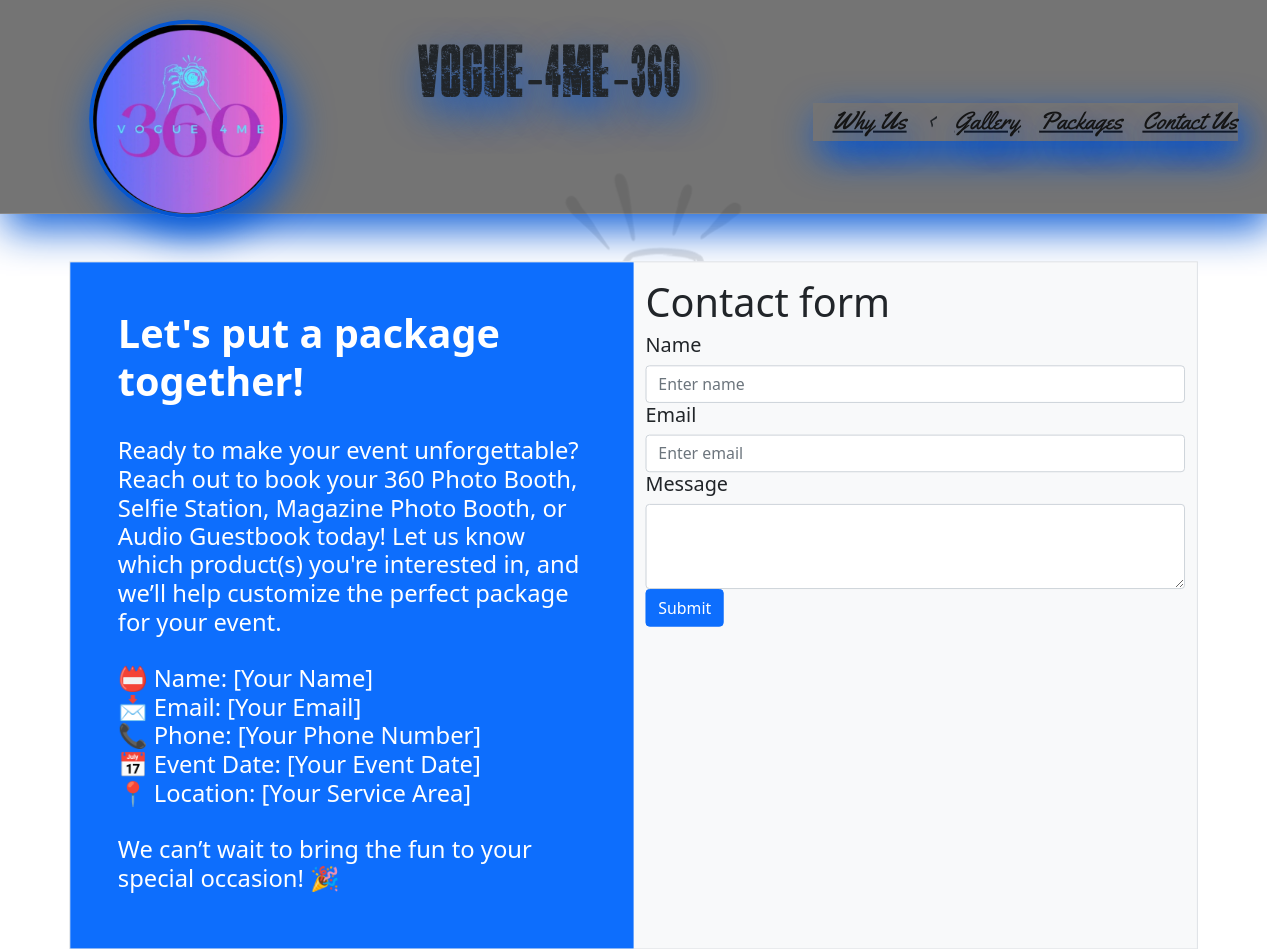
Repository: ErvinClay13/Vogue360-website
Page: contactUs.html
An editor plug-in stored every save of this project. The page is shown before and after a run of saves, followed by the edit.
The browser window is 1280 px wide. The pictures show the whole page, at 99% of full size.
Backgrounds fixed to the window are drawn as part of the page.

Above is the page before, as saved 2025-03-06 04:07:36.
Console error: ReferenceError: emailjs is not defined

### contactUs.html
<!DOCTYPE html>
<html lang="en">
  <head>
    <meta charset="UTF-8" />
    <meta name="viewport" content="width=device-width, initial-scale=1.0" />
    <link
      rel="icon"
      type="image.png"
      sizes="32x32"
      href="images/VogueLogo.png"
    />
    <link rel="stylesheet" href="myStyle/style.css" />
    <link rel="stylesheet" href="why-us.html" />
    <link rel="stylesheet" href="gallery.html" />
    <link rel="stylesheet" href="packages.html" />
    <link rel="stylesheet" href="home.html" />
    <link
      href="https://cdn.jsdelivr.net/npm/bootstrap@5.0.2/dist/css/bootstrap.min.css"
      rel="stylesheet"
      integrity="sha384-EVSTQN3/azprG1Anm3QDgpJLIm9Nao0Yz1ztcQTwFspd3yD65VohhpuuCOmLASjC"
      crossorigin="anonymous"
    />
    <title>Contact Us</title>

    <script src="script.js"></script>

    <style>
      /* Hamburger Menu Styles */
      .menu-toggle {
        display: none;
        flex-direction: column;
        cursor: pointer;
        position: absolute;
        top: 20px;
        right: 20px;
        z-index: 1000;
      }

      .menu-toggle div {
        width: 30px;
        height: 4px;
        background-color: white;
        margin: 5px;
        transition: 0.3s;
      }

      .link-pages {
        display: flex;
        gap: 20px;
      }

      #headerText {
        font-size: 5vw;
        text-align: center;
        margin-top: 20px;
      }

      #myLogo {
        height: 200px;
        width: 200px;
        transition: all 0.3s ease;
      }

      @media screen and (max-width: 768px) {
        .menu-toggle {
          display: flex;
        }

        .link-pages {
          display: none;
          flex-direction: column;
          position: absolute;
          top: 60px;
          right: 0;
          background-color: rgba(56, 56, 56, 0.9);
          width: 100%;
          text-align: center;
          padding: 20px 0;
        }

        .link-pages.active {
          display: flex;
        }

        #myLogo {
          height: 80px;
          width: 80px;
          display: block;
          margin: 0 auto;
        }

        #headerText {
          font-size: 20vw;
          text-align: center;
          margin-top: 10px;
        }

        .headService h1 {
          font-size: 5vw;
        }

        header {
          display: flex;
          flex-direction: column;
          align-items: center;
        }

        .vidBox {
          display: flex;
          flex-wrap: wrap;
          justify-content: center;
        }

        .vidBox video {
          width: 100%;
          max-width: 1000px;
          height: 500px;
          transition: height 0.3s ease;
        }

        .blueLight {
          display: none;
        }

        .socialMediaBox {
          display: flex;
          flex-direction: column;
        }
      }
    </style>

    <script
      type="text/javascript"
      src="https://cdn.jsdelivr.net/npm/@emailjs/browser@4/dist/email.min.js"
    ></script>
    <script type="text/javascript">
      (function () {
        emailjs.init({
          publicKey: "pxI3h7P6SQYHLwxAj",
        });
      })();
      function toggleMenu() {
        document.getElementById("link_pages").classList.toggle("active");
      }
    </script>
  </head>
  <body>
    <div class="wrapper">
      <!-- <header>
            <a href="home.html"></a><img  src="images/newLogo.png" id="myLogo" alt="">
            <h1 id="headerText">VOGUE-4ME-360</h1>
            <div class="link-pages" id="link_pages">
                <h3><a href="home.html" id="myLink">Home</a></h3>
                <h3><a href="packages.html" id="myLink">Packages</a></h3>
                <h3><a href="why-us.html" id="myLink">Why Us</a></h3>
                <h3><a href="packages.html" id="myLink">Packages</a></h3>

            </div>
        </header> -->

      <header>
        <img src="images/newLogo.png" id="myLogo" alt="Vogue4Me360 Logo" />
        <h1 id="headerText">VOGUE-4ME-360</h1>

        <div class="menu-toggle" onclick="toggleMenu()">
          <div></div>
          <div></div>
          <div></div>
        </div>

        <nav class="link-pages" id="link_pages">
          <h3></h3><a href="why-us.html">Why Us</a><
          <a href="gallery.html">Gallery</a>
          <a href="packages.html">Packages</a>
          <a href="contactUs.html">Contact Us</a>
        </nav>
      </header>
    </div>

    <div class="container border mt-5 bg-light">
      <div class="row">
        <div class="col-md-6 p-5 bg-primary text-white">
          <h1><strong>Let's put a package together!</strong></h1>
          <br />
          <h4>
            Ready to make your event unforgettable? Reach out to book your 360
            Photo Booth, Selfie Station, Magazine Photo Booth, or Audio
            Guestbook today! Let us know which product(s) you're interested in,
            and we’ll help customize the perfect package for your event. <br />
            <br />

            📛 Name: [Your Name] <br />
            📩 Email: [Your Email] <br />
            📞 Phone: [Your Phone Number] <br />
            📅 Event Date: [Your Event Date] <br />
            📍 Location: [Your Service Area] <br />
            <br />

            We can’t wait to bring the fun to your special occasion! 🎉
          </h4>
        </div>
        <div class="col-md-6 border-left py-3">
          <h1>Contact form</h1>
          <div class="form-group">
            <h5 for="name">Name</h5>
            <input
              type="text"
              class="form-control"
              id="name"
              placeholder="Enter name"
            />
          </div>
          <div class="form-group">
            <h5 for="email">Email</h5>
            <input
              type="email"
              class="form-control"
              id="email"
              placeholder="Enter email"
            />
          </div>
          <div class="form-group">
            <h5 for="message">Message</h5>
            <textarea class="form-control" id="message" rows="3"></textarea>
          </div>
          <button class="btn btn-primary" onclick="sendMail()">Submit</button>
        </div>
      </div>
    </div>
  </body>
</html>

### myStyle/style.css
@import url('https://fonts.googleapis.com/css2?family=Yellowtail&display=swap');

@font-face {
    font-family: myFont;
   src: url(School.otf);
}

@font-face {
    font-family: myFont2;
   src: url(TripleRainbow.otf);
}

@font-face {
    font-family: myFont3;
   src: url(NewFont.ttf);
}

*{
    padding: 0;
    margin: 0;
    box-sizing: border-box;
}

body {
    background-color: rgba(187, 187, 187, 0.674);
    background-image: url(backgroundLogo.png);
    background-repeat: no-repeat;
    background-position: center;
    background-attachment: fixed;
}

#myLogo {
    height: 200px;
    width: 200px;
    margin-top: 20px;
    margin-left: 40px;
    border: solid 4px #0055d4f5;;
    border-radius: 150px;
    box-shadow: 5px 15px 40px #0055d4f5;



}

header {
    display: flex;
    justify-content: space-between;
    padding-right: 30px;
    padding-left: 50px;
    background-color: rgba(56, 56, 56, 0.698);
    height: 30vh;
    box-shadow: 5px 15px 40px #0055d4f5;
}

a {
    text-decoration: underline;
    color: #151515;
}

a:link {
    color: #151515;
}

a:hover {
    color: #01398cf5;
    text-decoration: underline;
}

.link-pages {
    align-self: center;
    margin-top: 30px;
    font-size: 25px;
    font-family: "Yellowtail", cursive;
    display: flex;
    gap: 20px;
    box-shadow: 5px 15px 40px #0055d4f5;
    text-shadow: 5px 15px 30px #0055d4f5;
}



#myLink {
    color: black;
    font-weight: bold;
    text-shadow: 5px 15px 20px #0055d4;
    cursor: url("cursorLogo.png"), auto;
}
#myLink:hover{
    color: #01398cf5;
}





#servImg {
    height: 250px;
    width: 250px;
    border-radius: 20px;
}

#packImg {
    height: 250px;
    width: 250px;
    border-radius: 20px;
}




#headerText {
    align-content: center;
    margin-top: 70px;
    font-size: 150px;
    font-family: myFont3;
    height: 120px;
    border-radius: 80px;
    text-shadow: 5px 15px 40px #0055d4f5;
    font-weight: 100;

}



.galleryContainer {
    margin-top: 60PX;
    display: flex;
    flex-direction: column;
    align-items: center;
    justify-content: space-between;

}



.galleryBoxes {
    justify-content: center;
    margin-top: 30px;
    display: flex;
    flex-wrap: wrap;
    width: 1000px;
    justify-content: space-between;
    row-gap: 25px;
    box-shadow: 5px 15px 40px #0055d4f5;
}

.boxes:hover {
    transform: scale(1.2);
    box-shadow: 5px 15px 40px #8600d4f5;
}

.homeVidContainer {
    margin-top: 30px;
    display: flex;
    flex-direction: column;
    align-items: center;
    margin-bottom: 200px
}

.vidBox {
    display: flex;
    align-items: center;
    gap: 15px;
    box-shadow: 5px 15px 40px #0055d4f5;
}

.packageTitle {
    display: flex;
    margin-top: 50px;
    flex-direction: column;
    align-items: center;
    font-size: 40px;
    text-shadow: 5px 15px 40px #0055d4f5;
}

.packageContainer {
    margin-top: 100px;
    display: flex;
    gap: 80px;
    justify-content: center;
    text-shadow: 5px 15px 40px #0055d4f5;
    margin-bottom: 100px;
}

#pack {
    border: solid 2px rgb(67, 67, 67);
    box-shadow: 5px 15px 40px #0055d4f5;
    padding: 15px;
    border-radius: 20px;
}

#pack:hover {
    transform: scale(1.2);
    box-shadow: 5px 15px 40px #8600d4f5;
    background-color: #8600d45b;
}

.headBox {
    font-size: 30px;
    padding-bottom: 10px;
}

.headBox:hover {
    color:#8600d4f5;
    cursor: url("cursorLogo.png"), auto;
}

.headService {
    display: flex;
    margin-top: 50px;
    flex-direction: column;
    align-items: center;
    font-size: 40px;
    text-shadow: 5px 15px 40px #0055d4f5;

}

.servicesContainer {
    margin-top: 60px;
    display: flex;
    gap: 80px;
    justify-content: center;
    text-shadow: 5px 15px 40px #0055d4f5;
    margin-bottom: 100px;
    flex-wrap: wrap;

}



.serviceBox {
    max-width: 300px;
    box-shadow: 5px 15px 40px #0055d4f5;
    text-align: center;
    border-radius: 10px;
    padding: 20px;

}

.serviceBox:hover {
    transform: scale(1.2);
    box-shadow: 5px 15px 40px #8600d4f5;

}
.bookToday {
    margin-top: 10px;
    box-shadow: 5px 15px 40px #0055d4f5;
    text-shadow: 5px 15px 40px #0055d4f5;
    cursor: url("cursorLogo.png"), auto;
    border: solid 2px #0055d4f5;
    border-radius: 10px;
    height: 35px;
    width: 120px;
    font-size: 15px;

}

.bookToday:hover {
    background-color: #8600d4f5;
}

.package {
    max-width: 300px;
    box-shadow: 5px 15px 40px #0055d4f5;
    text-align: center;
    border-radius: 10px;
    padding: 20px;
}

.aboutUsContainer {
    margin-top: 60px;
    display: flex;
    gap: 80px;
    justify-content: center;
    text-shadow: 5px 15px 40px #0055d4f5;
    margin-bottom: 100px;
}

.aboutUsBox {
    max-width: 300px;
    box-shadow: 5px 15px 40px #0055d4f5;
    text-align: center;
    border-radius: 10px;
    padding: 20px;
}

.aboutUsBox:hover {
    transform: scale(1.2);
    box-shadow: 5px 15px 40px #8600d4f5;

}

.socialMediaContainer {
    margin-top: 60px;
    display: flex;
    justify-content: center;
    margin-bottom: 100px;
}

.socialMediaBox {
    display: flex;
    gap: 80px;
}

#socImg {
    height: 80px;
    width: 80px;
    border-radius: 100px;
    box-shadow: 5px 15px 40px #0055d4f5;
    cursor: url("cursorLogo.png"), auto;
}

#socImg:hover {
    box-shadow: 5px 15px 40px #8600d4f5;
    transform: scale(1.2);
}

.whyUsImgContainer {
    width: 1920px;
    background-color: gray;
    margin-top: 20px;
    display: flex;
    flex-direction: column;
    align-items: center;
    margin-bottom: 50px;
    box-shadow: 5px 15px 40px #0055d4f5;
}



.whyUsTextContainer{
    display: flex;
    flex-direction: column;
    align-content: center;
    align-items: center;
}

#whyUsHeading{
    font-size: 45px;
    text-shadow: 5px 15px 40px #0055d4f5;
}

#whyUsText {
    margin-top: 25px;
    font-size: 25px;
    width: 1400px;
    text-shadow: 5px 15px 40px #0055d4f5;
}

.whyUsFeaturesContainer {
    margin-top: 60px;
    display: flex;
    gap: 80px;
    justify-content: center;
    text-shadow: 5px 15px 40px #0055d4f5;
    margin-bottom: 200px;
    flex-wrap: wrap;
}

#whyUsImg {
    height:600px;
    width: 600px;
}


.featureBox {
    max-width: 400px;
    max-height: 400px;
    box-shadow: 5px 15px 40px #0055d4f5;
    text-align: center;
    border-radius: 10px;
    padding: 20px;
}


.galleryBoxes {
    justify-content: center;
    margin-top: 30px;
    display: flex;
    flex-wrap: wrap;
    width: 1000px;
    justify-content: space-between;
    row-gap: 25px;
    box-shadow: 5px 15px 40px #0055d4f5;
}

### gallery.html
<!DOCTYPE html>
<html lang="en">
<head>
    <meta charset="UTF-8">
    <meta name="viewport" content="width=device-width, initial-scale=1.0">
    <link
         rel="icon"
         type="image.png"
         sizes="32x32"
         href="images/VogueLogo.png">
    <link rel="stylesheet" href="myStyle/style.css">
    <link rel="stylesheet" href="why-us.html">
    <link rel="stylesheet" href="gallery.html">
    <link rel="stylesheet" href="packages.html">
    <title>Vogue4Me360|Gallery</title>
</head>
<body>

    <div class="wrapper">
        <header>
            <a href="home.html"></a><img  src="images/newLogo.png" id="myLogo" alt="">
            <h1 id="headerText">VOGUE-4ME-360</h1>
            <div class="link-pages" id="link_pages">
                <h3><a href="home.html" id="myLinks">Home</a></h3>
                <h3><a href="packages.html" id="myLinks">Packages</a></h3>
                <h3><a href="why-us.html" id="myLinks">Why Us</a></h3>
                <h3><a href="contactUs.html" id="myLinks">Contact Us</a></h3>
            </div>
        </header>
        <div style="background-color: rgb(0, 0, 0);" class="homeVidContainer">
            <div class="vidBox">
                <div class="boxes"> <video autoplay controls muted loop src="videoGallery/hoW IT STARTED(4).mp4" width="100%" height="700" ></video></div>
            </div>
        </div>
        <div class="galleryContainer">
            <H1>GALLERY</H1>
            <div class="galleryBoxes">
                <div class="boxes"> <video controls src="videoGallery/jacketvid.mp4" width="200" height="300"></video></div>
                <div class="boxes"> <video controls src="videoGallery/galVid2.mp4" width="200" height="300"></video></div>
                <div class="boxes"> <video controls src="videoGallery/galVid6.mp4" width="200" height="300"></video></div>
                <div class="boxes"> <video controls src="videoGallery/galVid4.mp4" width="200" height="300"></video></div>
                <div class="boxes"> <video controls src="videoGallery/galVid3.mp4" width="200" height="300"></video></div>
                <div class="boxes"> <video controls src="videoGallery/jacketvid.mp4" width="200" height="300"></video></div>
                <div class="boxes"> <video controls src="videoGallery/jacketvid.mp4" width="200" height="300"></video></div>
                <div class="boxes"> <video controls src="videoGallery/jacketvid.mp4" width="200" height="300"></video></div>
                <div class="boxes"> <video controls src="videoGallery/jacketvid.mp4" width="200" height="300"></video></div>
                <div class="boxes"> <video controls src="videoGallery/jacketvid.mp4" width="200" height="300"></video></div>
                <!-- <div class="boxes"> <video controls src="videoGallery/jacketvid.mp4" width="200" height="300"></video></div>
                <div class="boxes"> <video controls src="videoGallery/jacketvid.mp4" width="200" height="300"></video></div>
                <div class="boxes"> <video controls src="videoGallery/jacketvid.mp4" width="200" height="300"></video></div>
                <div class="boxes"> <video controls src="videoGallery/jacketvid.mp4" width="200" height="300"></video></div>
                <div class="boxes"> <video controls src="videoGallery/jacketvid.mp4" width="200" height="300"></video></div> -->
            </div>
        </div>
    </div>


    <script src="script.js"></script>
</body>
</html>

Loaded but not shown: script.js (22 lines, source omitted); why-us.html (182 lines, source omitted); packages.html (202 lines, source omitted); home.html (211 lines, source omitted)

After the next 2 saves:
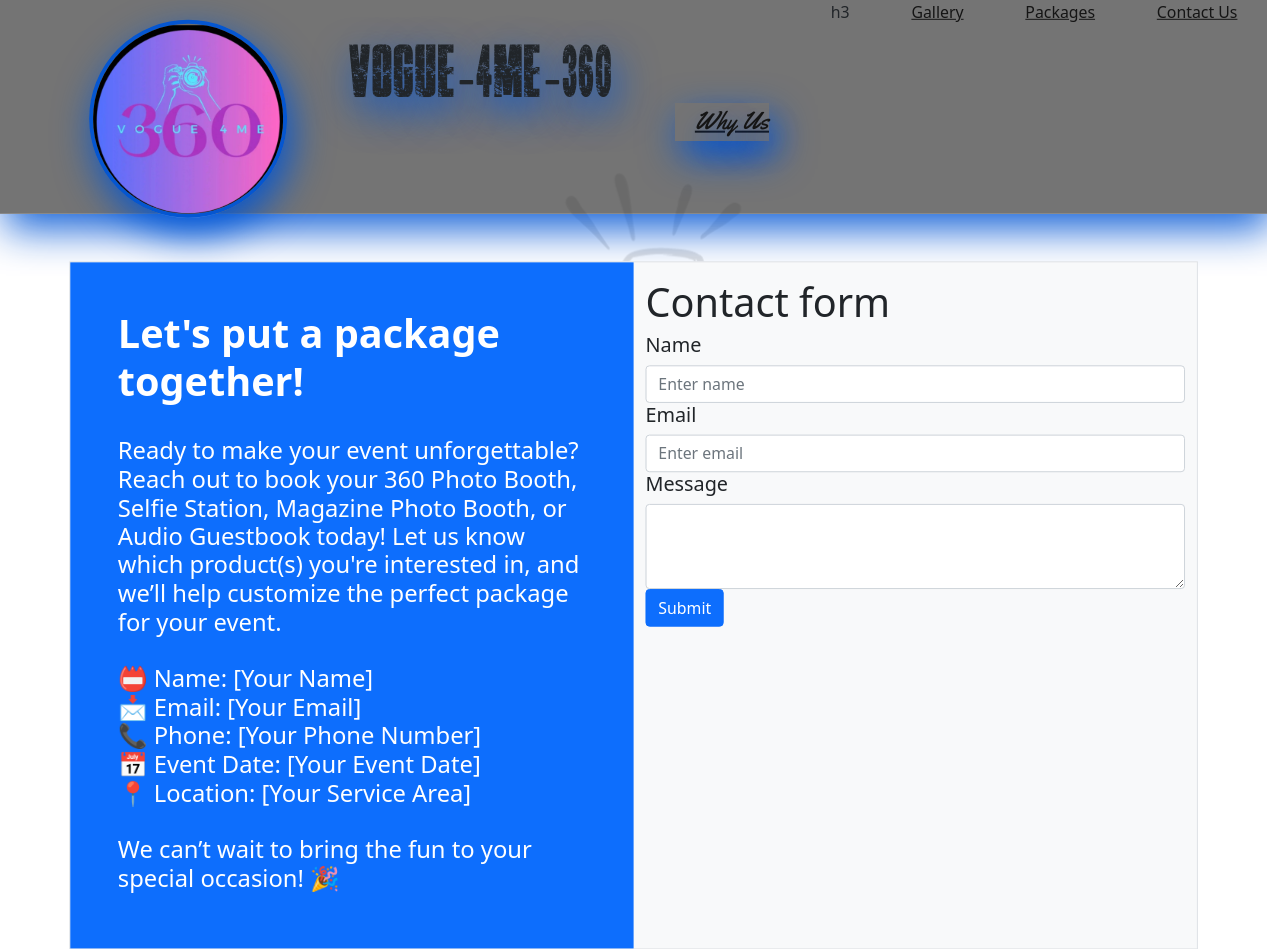
The 2 saves are shown as one change because they came seconds apart.
The last was saved 6 s later.
--- a/contactUs.html
+++ b/contactUs.html
@@ -169,7 +169,7 @@
         </div>
 
         <nav class="link-pages" id="link_pages">
-          <h3></h3><a href="why-us.html">Why Us</a><
+          <h3></h3><a href="why-us.html">Why Us</a></nav>h3
           <a href="gallery.html">Gallery</a>
           <a href="packages.html">Packages</a>
           <a href="contactUs.html">Contact Us</a>
